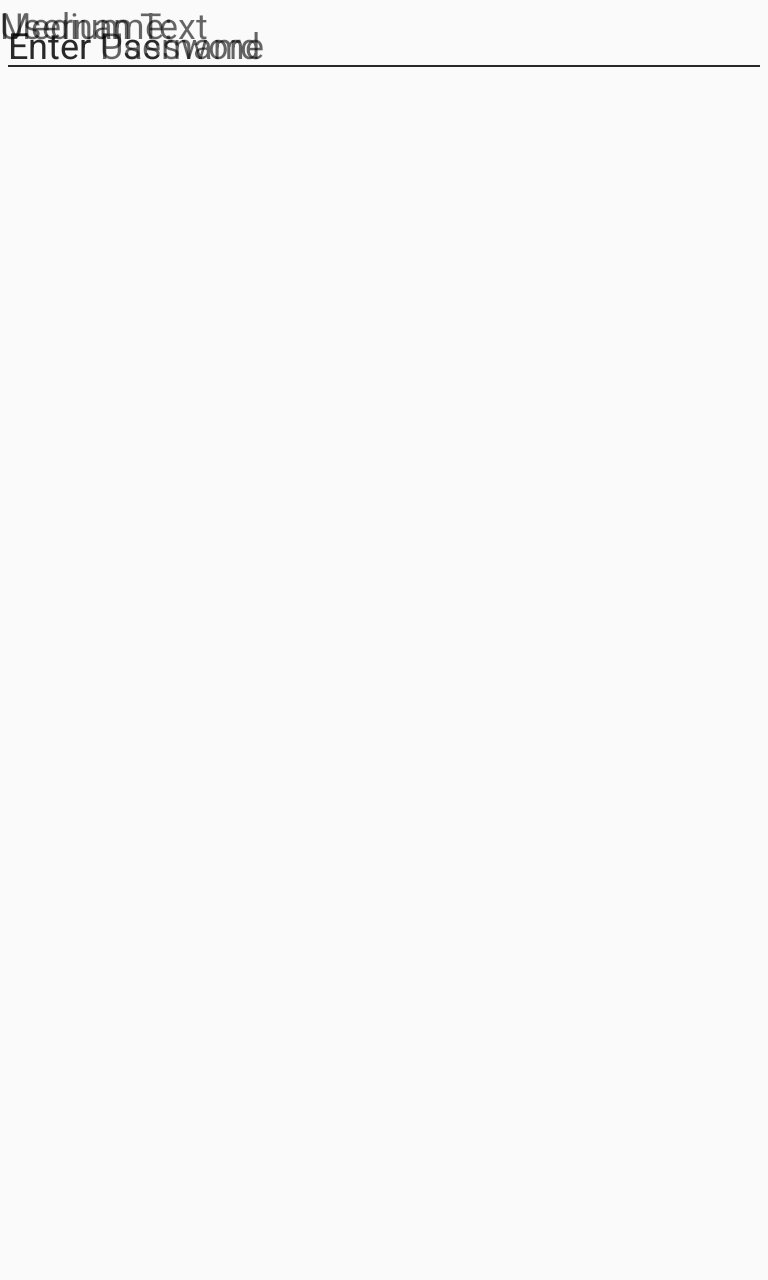
Repository: japheth-starita/DoorLockSystem
Layout: DoorLockSystem/res/layout/activity_login_device_man.xml
The author's editor kept a copy of each file at every save. The layout is drawn from the files as they stood at one save, then again after the next save.
It is drawn on a 768 x 1280 px phone screen (xhdpi) without system bars, with theme AppTheme; the app's code is not run.

Above is the layout before, as saved 2015-11-20 12:40:03.

### DoorLockSystem/res/layout/activity_login_device_man.xml
<?xml version="1.0" encoding="utf-8"?>
<RelativeLayout xmlns:android="http://schemas.android.com/apk/res/android"
    android:layout_width="match_parent"
    android:layout_height="match_parent"
    android:orientation="vertical" >

    <TextView
        android:id="@+id/textView1"
        android:layout_width="wrap_content"
        android:layout_height="wrap_content"
        android:text="Username: "
        android:textAppearance="?android:attr/textAppearanceMedium" />

    <EditText
        android:id="@+id/editText1"
        android:layout_width="match_parent"
        android:layout_height="wrap_content"
        android:ems="10"
        android:hint="Enter Username">
    </EditText>

    <TextView
        android:id="@+id/textView2"
        android:layout_width="wrap_content"
        android:layout_height="wrap_content"
        android:text="Medium Text"
        android:textAppearance="?android:attr/textAppearanceMedium" />

    <EditText
        android:id="@+id/editText2"
        android:layout_width="match_parent"
        android:layout_height="wrap_content"
        android:ems="10"
        android:inputType="textPassword"
        android:hint="Enter Password" />

</RelativeLayout>

Loaded but not shown: DoorLockSystem/res/values/styles.xml (common file); DoorLockSystem/res/values-v11/styles.xml (common file); DoorLockSystem/res/values-v14/styles.xml (common file)

After the next save:
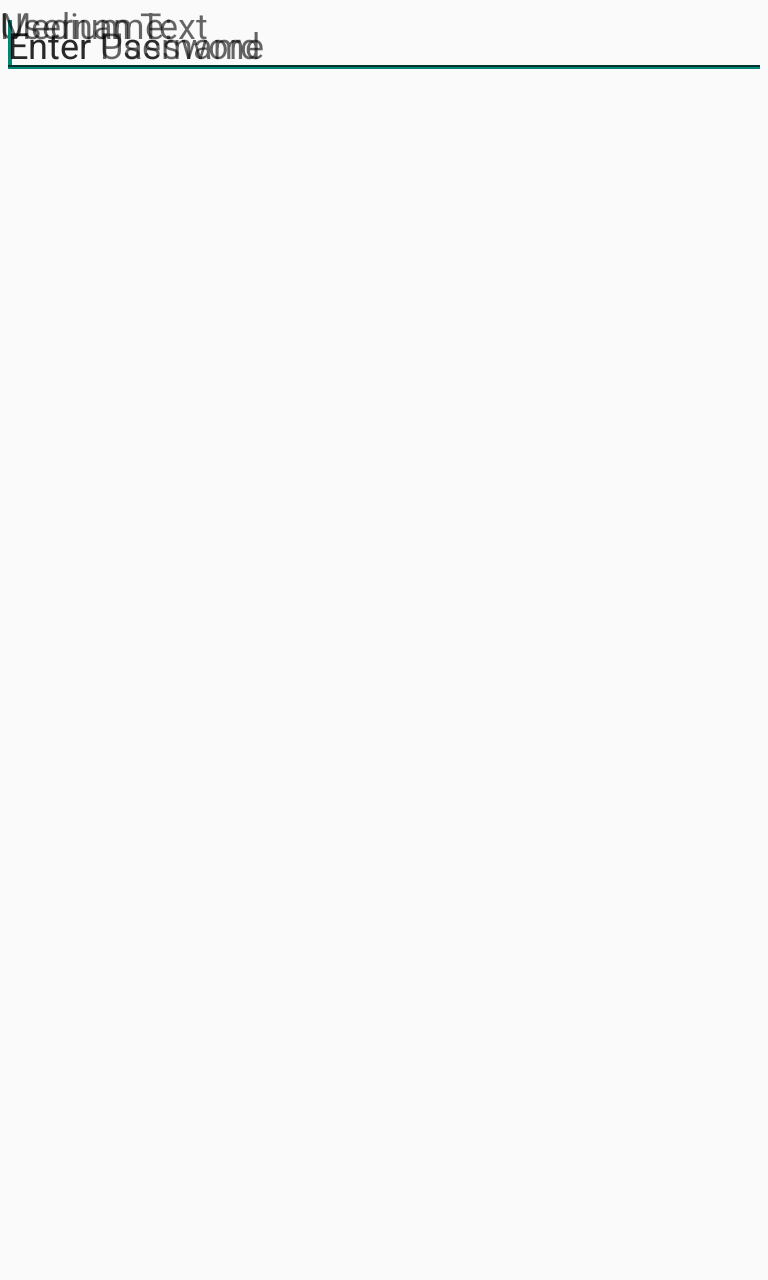
Saved 15 s later.
--- a/DoorLockSystem/res/layout/activity_login_device_man.xml
+++ b/DoorLockSystem/res/layout/activity_login_device_man.xml
@@ -17,6 +17,7 @@
         android:layout_height="wrap_content"
         android:ems="10"
         android:hint="Enter Username">
+        <requestFocus/>
     </EditText>
 
     <TextView
